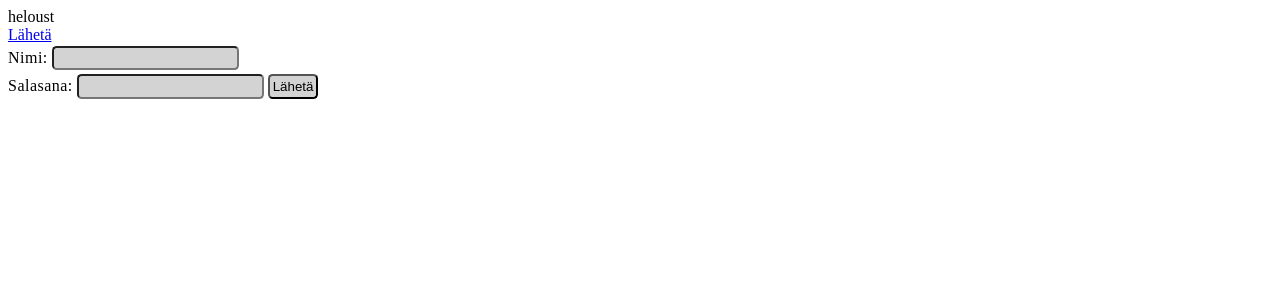
Repository: sirkian/ohj2-t4
Page: http://localhost/Kommunikaatio/
The author's editor kept a copy of each file at every save. The page is drawn from the files as they stood at one save, then again after the next save.
The browser window is 1280 px wide. The pictures show the whole page.
The page is served by Tomcat 9.

Above is the page before, as saved 2022-03-19 14:07:07.

### Kommunikaatio/src/main/webapp/index.jsp
<%@ page language="java" contentType="text/html; charset=ISO-8859-1"
    pageEncoding="ISO-8859-1"%>
<!DOCTYPE html>
<html>
<head>
<meta charset="ISO-8859-1">
<title>Insert title here</title>
<style>
body {
	display: flex;
	flex-direction: column;
}
input {
	background: lightgrey;
	border-radius:0.35em;
	padding: 0.2em;
	margin: 0.15em 0;
	position: relative;
}
.nimi {

}
.pw {

}
form {
	letter-spacing: 0.03em;
}
</style>
</head>
<body>
heloust
<a href="toka.jsp?nimi=jaska&ika=10">Lähetä</a>
<form action="kolmas.jsp" method="POST">
	Nimi: <input class="nimi" type="text" name="nimi"><br>
	Salasana: <input class="pw" type="password" name="pwd">
	<input type="submit" value="Lähetä">
</form>
</body>
</html>

After the next save:
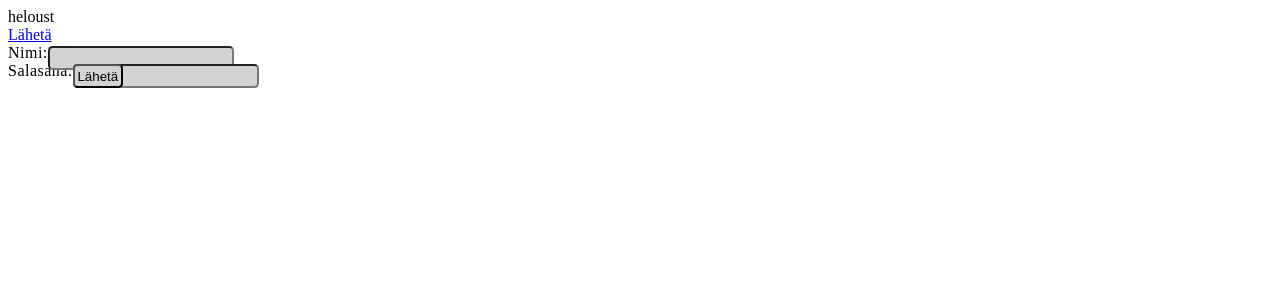
Saved 10 s later.
--- a/Kommunikaatio/src/main/webapp/index.jsp
+++ b/Kommunikaatio/src/main/webapp/index.jsp
@@ -15,7 +15,7 @@ input {
 	border-radius:0.35em;
 	padding: 0.2em;
 	margin: 0.15em 0;
-	position: relative;
+	position: absolute;
 }
 .nimi {
 
